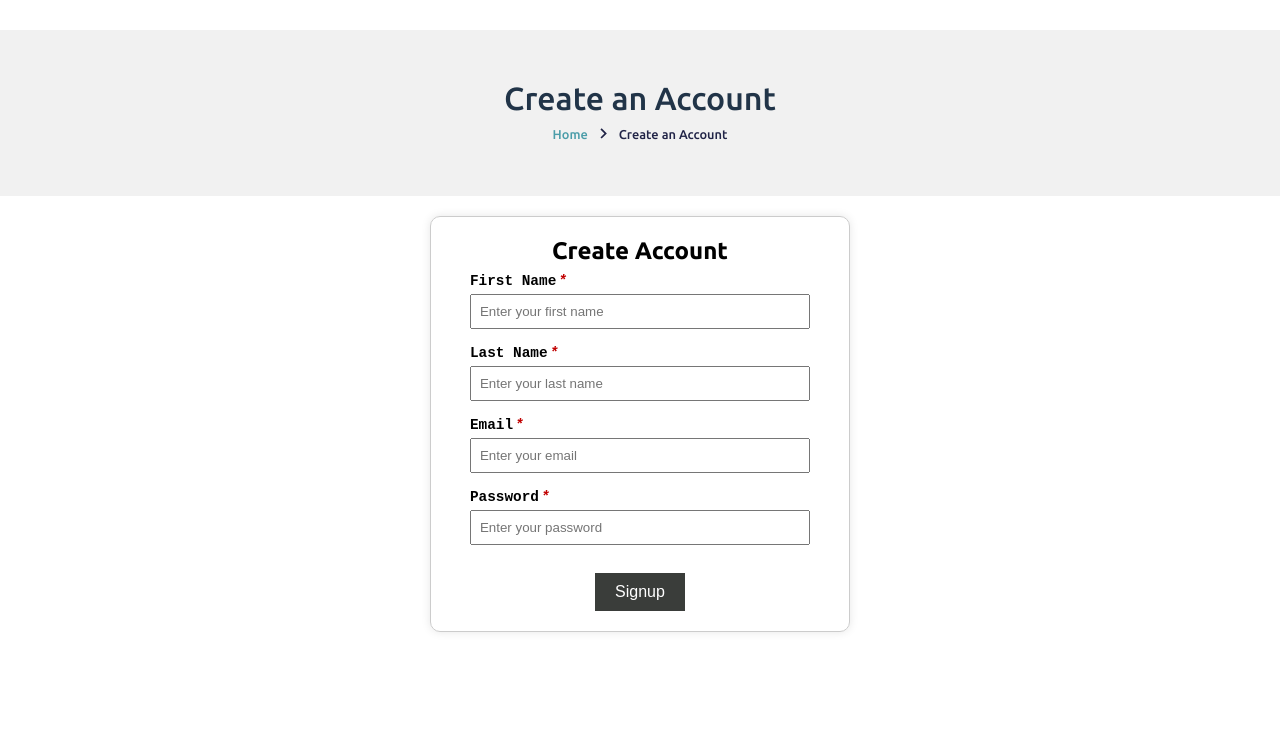
Repository: jkvekariya/Online-store-Management
Page: /auth/signup (app in frontend/client/)
The author's editor kept a copy of each file at every save. The page is drawn from the files as they stood at one save, then again after the next save.
The browser window is 1280 px wide. The pictures show the whole page.
Some web fonts or font styles are not loaded; a fallback is used. The project was rebuilt for these pictures with package versions that can differ from the ones it lists, and the page was loaded fresh each time. Also part of the build but not shown: frontend/client/vite.config.js, frontend/client/src/css/header.css, frontend/client/src/css/sidebar.css, frontend/client/src/components/Sidebar.jsx, frontend/client/src/context/CartContext.jsx, frontend/client/src/components/Header.jsx, frontend/client/src/css/footer.css, frontend/client/src/components/Footer.jsx and 11 more.

Above is the page before, as saved 2026-01-02 14:29:22.

### frontend/client/index.html
<!doctype html>
<html lang="en">
  <head>
    <meta charset="UTF-8" />
    <link rel="icon" type="image/svg+xml" href="/vite.svg" />
    <meta name="viewport" content="width=device-width, initial-scale=1.0" />
    <title>Online Store Management System</title>
  </head>
  <body>
    <div id="root"></div>
    <script type="module" src="/src/main.jsx"></script>
  </body>
</html>

### frontend/client/src/main.jsx
import React from 'react'
import ReactDOM from 'react-dom/client'
import { BrowserRouter } from 'react-router-dom'
import App from './App.jsx'
import './index.css'

ReactDOM.createRoot(document.getElementById('root')).render(
  <React.StrictMode>
    <BrowserRouter>
      <App />
    </BrowserRouter>
  </React.StrictMode>,
)

### frontend/client/src/App.jsx
import { Routes, Route } from "react-router-dom";

import AuthLayout from "./layout/AuthLayout";
import UserLayout from "./layout/UserLayout";
import AdminLayout from "./layout/AdminLayout";

import Login from "./pages/auth/Login";
import Signup from "./pages/auth/Signup";
import Home from "./pages/user/Home";
import Dashboard from "./pages/admin/Dashboard";
import Contact from "./pages/user/Contact";
import About from "./pages/user/About";
import Services from "./pages/user/Services";
import Shop from "./pages/user/Shop";

function App() {
  return (
    <Routes>

      {/* AUTH ROUTES */}
      <Route path="/auth" element={<AuthLayout />}>
        <Route path="login" element={<Login />} />
        <Route path="signup" element={<Signup />} />
      </Route>

      {/* USER ROUTES */}
      <Route path="/" element={<UserLayout />}>
        <Route index element={<Home />} />
        <Route path="pages/user/contact" element={<Contact />} />
        <Route path="pages/user/about" element={<About />} />
        <Route path="pages/user/services" element={<Services />} />
        <Route path="pages/user/shop" element={<Shop />} />
      </Route>

      {/* ADMIN ROUTES */}
      <Route path="/admin" element={<AdminLayout />}>
        <Route path="dashboard" element={<Dashboard />} />
      </Route>

    </Routes>
  );
}

export default App;

### frontend/client/src/index.css
* {
  margin: 0;
  padding: 0;
  box-sizing: border-box;
}

#root {
  min-height: 100vh;
}

### frontend/client/src/layout/AuthLayout.jsx
import { Outlet } from "react-router-dom";

const AuthLayout = () => {
  return (
    <div>
      {/* <h2>Auth Section</h2> */}
      <Outlet />
    </div>
  );
};

export default AuthLayout;

### frontend/client/src/pages/auth/Signup.jsx
import React, { useState } from 'react'
import "../../css/signup.css"
import Bodyheader from '../../components/BodyHeader';

const Signup = () => {

    const [email,setEMail] = useState("");
    const [password,setPassword] = useState("");
    const [firstname,setFirstName] = useState("");
    const [lastname,setLastName] = useState("");

  return (
    <>
    <Bodyheader title="Create an Account" />
    <div className='main-container'>
      <h2>Create Account</h2>
      <div className='first-name-box'>
            <label htmlFor="text">First Name<em>*</em></label>
            <input type="text"
            id="first-name"
            value={firstname}
            onChange={(e) => setFirstName(e.target.value)}
            placeholder='Enter your first name'
            />
        </div>
        <div className='last-name-box'>
            <label htmlFor="text">Last Name<em>*</em></label>
            <input type="text"
            id="last-name"
            value={lastname}
            onChange={(e) => setLastName(e.target.value)}
            placeholder='Enter your last name'
            />
        </div>
        <div className='email-box'>
            <label htmlFor="email">Email<em>*</em></label>
            <input type="email"
            id="email"
            value={email}
            onChange={(e) => setEMail(e.target.value)}
            placeholder='Enter your email'
            />
        </div>
        <div className='password-box'>
            <label htmlFor="password">Password<em>*</em></label>
            <input type="password"
            id="password"
            value={password}
            onChange={(e) => setPassword(e.target.value)}
            placeholder='Enter your password'
            />
        </div>
      <div className='btn'>
            <button onClick={() => {}}>Signup</button>
      </div>
    </div>
    </>
  )
}

export default Signup

### frontend/client/src/css/login.css
.main-container{
    width: 400px;
    margin: auto;
    border: 1px solid #ccc;
    padding: 20px;
    border-radius: 10px;
    box-shadow: 0 0 10px rgba(0, 0, 0, 0.1);
    margin-top: 50px;
    font-family: Arial, sans-serif;
    display: flex;
    justify-content: center;
    align-items: center;
    flex-direction: column;
}

label{
    font-size: 0.9rem;
    display: block;
    font-family: 'Courier New', Courier, monospace;
    font-weight: 700;
    /* margin-bottom: 5px; */
}

.main-container .email-box,.password-box{
 margin: 0.5rem 0;
}

input{
    padding: 8px;
    width: 100%;
    margin-top: 5px;
}

.main-container h2{
    text-align: center;
    /* margin-top: 20px; */
}

.btn{
    width: 100%;
    text-align: center;
}

button{
    margin-top: 20px;
    padding: 10px 20px;
    font-size: 16px;
    cursor: pointer;
    background-color: #3a3d3a;
    color: white;
    border: none;
}

### frontend/client/src/css/signup.css
@import url('https://fonts.googleapis.com/css2?family=BBH+Bartle&family=Nunito:ital,wght@0,200..1000;1,200..1000&family=Ubuntu:ital,wght@0,300;0,400;0,500;0,700;1,300;1,400;1,500;1,700&display=swap');

.main-container{
    width: 100%;
    max-width: 420px;
    margin: 20px auto;
    border: 1px solid #ccc;
    padding: 20px;
    border-radius: 10px;
    box-shadow: 0 0 10px rgba(0, 0, 0, 0.1);
    font-family: Arial, sans-serif;
    display: flex;
    justify-content: center;
    align-items: center;
    flex-direction: column;
}

label{
    font-size: 0.9rem;
    display: block;
    font-family: 'Courier New', Courier, monospace;
    font-weight: 700;
    /* margin-bottom: 5px; */
}

.main-container .email-box,.password-box,.first-name-box,.last-name-box{
 margin: 0.5rem 0;
 width: 90%;
}

.email-box label em{
    position: relative;
    display: inline-block;
    float: none;
    right: 0;
    margin-left: 2px;
    color: #c10000;
}
.password-box label em{
    position: relative;
    display: inline-block;
    float: none;
    right: 0;
    margin-left: 2px;
    color: #c10000;
}
.first-name-box label em{
    position: relative;
    display: inline-block;
    float: none;
    right: 0;
    margin-left: 2px;
    color: #c10000;
}
.last-name-box label em{
    position: relative;
    display: inline-block;
    float: none;
    right: 0;
    margin-left: 2px;
    color: #c10000;
}

input{
    /* padding: 8px; */
    width: 100%;
    margin-top: 5px;
    box-sizing: border-box;
}

.main-container h2{
    text-align: center;
    font-family: "Ubuntu", sans-serif;
    font-weight: 560;
    font-style: normal;
}

.btn{
    width: 100%;
    text-align: center;
}

button{
    margin-top: 20px;
    padding: 10px 20px;
    font-size: 16px;
    cursor: pointer;
    background-color: #3a3d3a;
    color: white;
    border: none;
}

### frontend/client/src/components/BodyHeader.jsx
import "../css/bodyheader.css"
import {Link} from 'react-router-dom'
import { MdKeyboardArrowRight } from "react-icons/md";

const Bodyheader = ({title}) => {
  return (
    <>
        <div className="b-header-bg">
            <div className="page-title">
                <h2>{title}</h2>
                <div className="ul-links">
                <ul>
                    <li id="home-link">
                        <Link to='/'>Home</Link>
                    </li>
                       <li><MdKeyboardArrowRight/></li>
                    <li>
                        <Link to=''>{title}</Link>
                    </li>
                </ul>
                </div>
            </div>
        </div>
    </>
  )
}

export default Bodyheader;

### frontend/client/src/css/bodyheader.css
@import url('https://fonts.googleapis.com/css2?family=BBH+Bartle&family=Nunito:ital,wght@0,200..1000;1,200..1000&family=Ubuntu:ital,wght@0,300;0,400;0,500;0,700;1,300;1,400;1,500;1,700&display=swap');

* {
    padding: 0;
    margin: 0;
    box-sizing: border-box;
  }

:root {
    --background-color: #e6e6e68e;
    --header-text-color: #213448;
    --home-link-color: #4B9DA9;
    --title-color: #212447;
    --title-hover-color: #547792;
}

  .b-header-bg {
    margin-top: 30px;
    height: 23vh;
    width: 100vw;
    /* background-color: aqua; */
    background: var(--background-color);
    /* background-blend-mode: darken; */
    /* background-size: cover; */
    /* background-repeat: no-repeat; */
    /* background-position: center; */
    /* background-position-y: 56%; */
    display: flex;
    justify-content: center;
    align-items: center;
  }

  .b-header-bg .page-title {
    height: 10rem;
    width: 20rem;
    display: grid;
    place-items: center;
    align-content: center;
  }

  .b-header-bg .page-title h2 {
    font-size: 2rem;
    margin-bottom: 5px;
    color: var(--header-text-color);
    font-family: "Ubuntu", sans-serif;
    font-weight: 500;
    font-style: normal;
    position: relative;
    z-index: 100;
  }

   .b-header-bg .page-title .ul-links ul{
    /* height: 4rem; */
    width: 10rem;
    display: flex;
    justify-content: center;
    align-items: center;
    gap:0;
  }

  .b-header-bg .page-title .ul-links ul #home-link a {
    color: var(--home-link-color);
  }


  .b-header-bg .page-title .ul-links ul li{
    /* height: 2rem; */
    display: flex;
    justify-content: center;
    align-items: center;
  }

  .b-header-bg .page-title .ul-links ul li svg{
      font-size: 1.3rem;
      color: var(--title-color);
  }

  .b-header-bg .page-title .ul-links ul li a{
    width: max-content;
    text-decoration: none;
    padding: 5px;
    color: var(--title-color);
    font-family: "Ubuntu", sans-serif;
    font-weight: 450;
    font-style: normal;
    font-size: 0.8rem;
    font-style: normal;
  }

  .b-header-bg .page-title .ul-links ul li a:hover{
      color: var(--title-hover-color);
  }

Loaded but not shown: frontend/client/src/css/header.css (no copy from this time; the picture is the same without it)

After the next save:
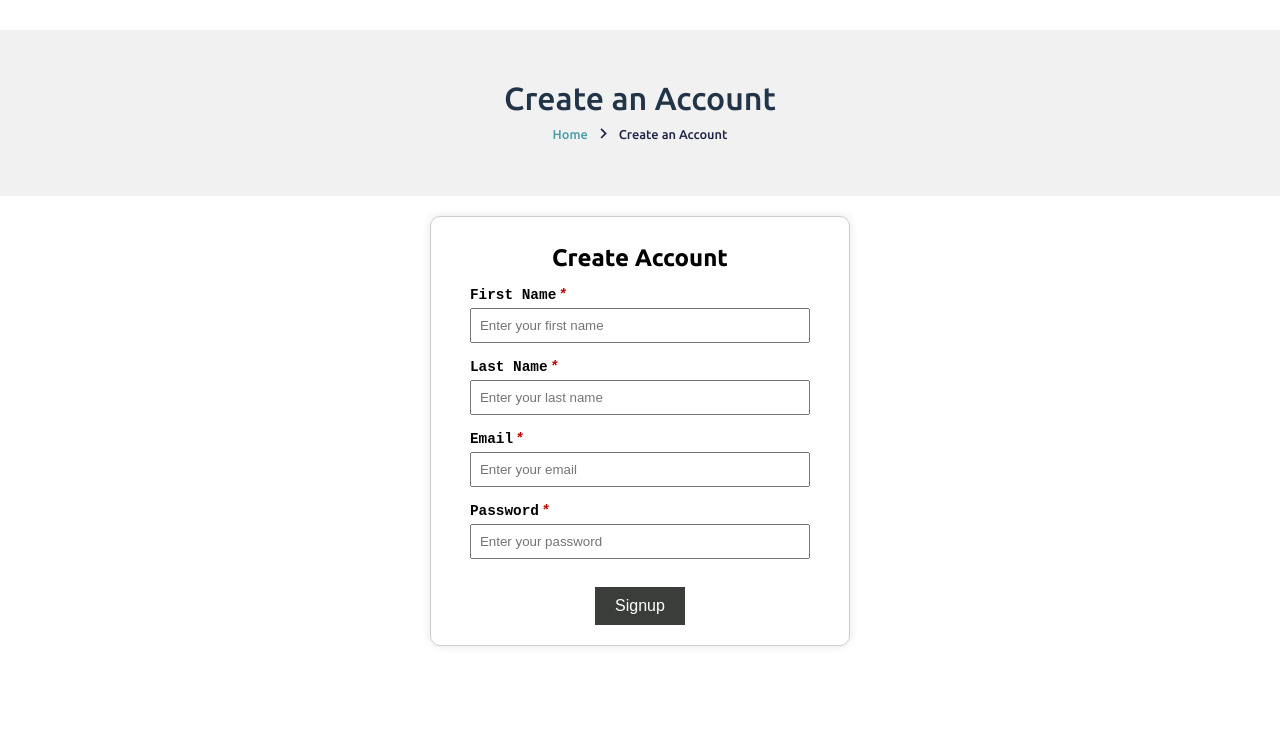
Saved 31 s later.
--- a/frontend/client/src/css/login.css
+++ b/frontend/client/src/css/login.css
@@ -33,7 +33,7 @@ input{
 
 .main-container h2{
     text-align: center;
-    /* margin-top: 20px; */
+    margin: 7px 0;
 }
 
 .btn{
